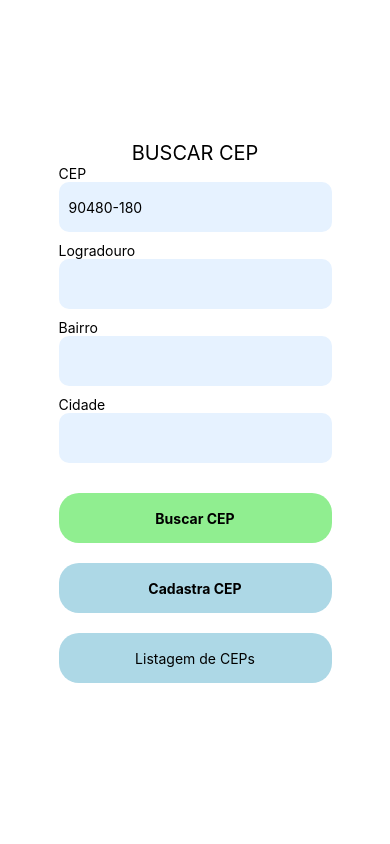
Repository: GustavoMSevero/registerCep
Screen: /Ceps
An editor plug-in stored every save of this project. The screen is shown before and after the next save, followed by the edit.
The app was drawn by React Native's web renderer in a window 390 px wide. The project was rebuilt for these pictures with package versions that can differ from the ones it lists, and the page was loaded fresh each time.

Above is the screen before, as saved 2024-09-19 16:52:18.

After the next save:
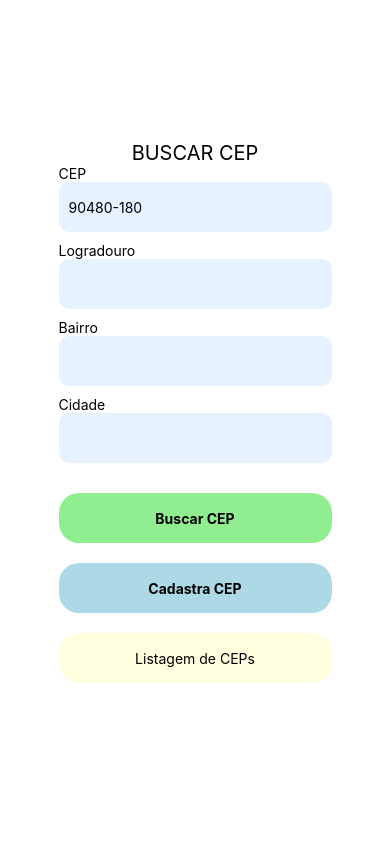
Saved 12 s later.
--- a/App.js
+++ b/App.js
@@ -160,7 +160,7 @@ const styles = StyleSheet.create({
     fontWeight: "bold",
   },
   buttonListagem: {
-    backgroundColor: "lightblue",
+    backgroundColor: "lightyellow",
     width: "70%",
     alignItems: "center",
     justifyContent: "center",
